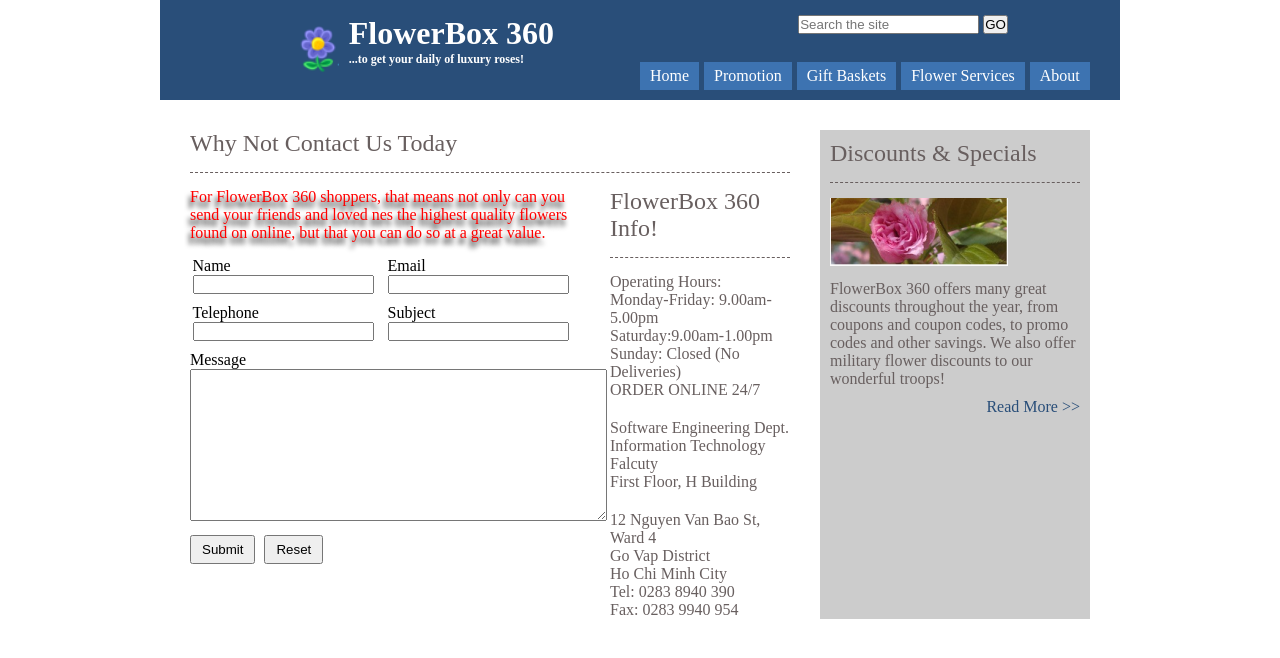
Repository: hoangnguyen1903/STT_21084321_NguyenHuyHoang_DHKHMT17B_Tuan4_DeThamKhao3
Page: html/demo.html
An editor plug-in stored every save of this project. The page is shown before and after the next save, followed by the edit.
The browser window is 1280 px wide. The pictures show the whole page.

Above is the page before, as saved 2023-03-09 15:11:51.

### html/demo.html
<!DOCTYPE html>
<html lang="en">
  <head>
    <meta charset="UTF-8" />
    <meta http-equiv="X-UA-Compatible" content="IE=edge" />
    <meta name="viewport" content="width=device-width, initial-scale=1.0" />
    <title>Demo 3</title>
    <style>
      * {
        padding: 0;
        box-sizing: border-box;
        margin: 0 auto;
      }

      .wrapper {
        width: 960px;
        height: 100%;
      }

      .header {
        width: 960px;
        height: 100px;
        background-color: #294e79;
        color: #fff;
        display: flex;
        position: relative;
      }

      .header > .header__left {
        display: flex;
        padding: 15px 20px;
      }

      .header > .header__left > img {
        padding-right: 10px;
      }

      .header > .header__left > div > h2 {
        font-size: 12px;
      }

      .header > .header__right {
        padding-top: 15px;
      }

      .header > .header__bottom {
        position: absolute;
        bottom: 10px;
        left: 50%;
        display: flex;
      }

      .header > .header__bottom > li {
        list-style: none;
        margin-right: 5px;
        background-color: #3d73b1;
        padding: 5px 10px;
      }

      .header > .header__bottom > li:hover {
        background-color: #fff;
      }

      .header > .header__bottom > li:hover > a {
        color: #000;
      }

      .header > .header__bottom > li > a {
        text-decoration: none;
        color: white;
      }

      .content {
        width: 960px;
        display: flex;
        padding: 30px;
      }

      .content > .content__left {
        width: calc(70% - 30px);
        margin-right: 30px;
      }

      .content > .content__left > .content__left-top {
        color: #685f5f;
        font-weight: 500;
        padding-bottom: 15px;
        border-bottom: 1px dashed #685f5f;
        margin-bottom: 15px;
      }

      .content > .content__left > .content__left-bottom {
        display: flex;
      }

      .content > .content__left > .content__left-bottom > .content__left-form {
        width: calc(70% - 30px);
        margin-right: 30px;
      }

      .content
        > .content__left
        > .content__left-bottom
        > .content__left-form
        > p {
        color: red;
        text-shadow: -2px 6px 5px #000;
        margin-bottom: 15px;
      }

      .content
        > .content__left
        > .content__left-bottom
        > .content__left-form
        > form {
        display: flex;
        flex-wrap: wrap;
      }

      .content
        > .content__left
        > .content__left-bottom
        > .content__left-form
        > form
        > div {
        width: calc(50% - 5px);
        margin-bottom: 10px;
      }

      .content
        > .content__left
        > .content__left-bottom
        > .content__left-form
        > form
        > div:nth-child(5) {
        width: 100%;
        margin-bottom: 10px;
      }

      .content
        > .content__left
        > .content__left-bottom
        > .content__left-form
        > form
        > div:nth-child(6) {
        width: 100%;
        margin-bottom: 10px;
      }

      .content
        > .content__left
        > .content__left-bottom
        > .content__left-form
        > form
        > div:nth-child(6)
        > input {
        padding: 5px 10px;
        margin-right: 5px;
      }

      .content
        > .content__left
        > .content__left-bottom
        > .content__left-info
        > .content__left-heading {
        color: #685f5f;
        font-weight: 500;
        padding-bottom: 15px;
        border-bottom: 1px dashed #685f5f;
        margin-bottom: 15px;
      }

      .content
        > .content__left
        > .content__left-bottom
        > .content__left-info
        > div:not(:last-child) {
        margin-bottom: 20px;
      }

      .content
        > .content__left
        > .content__left-bottom
        > .content__left-info
        > div
        > p {
        color: #685f5f;
      }

      .content > .content__right {
        width: 30%;
        background-color: #ccc;
        padding: 10px;
      }

      .content > .content__right > .content__right-top {
        color: #685f5f;
        font-weight: 500;
        padding-bottom: 15px;
        border-bottom: 1px dashed #685f5f;
        margin-bottom: 15px;
      }

      .content > .content__right > .content__right-bottom > p {
        color: #685f5f;
        margin: 10px 0;
      }

      .content > .content__right > .content__right-bottom > a {
        text-decoration: none;
        color: #294e79;
        float: right;
      }
    </style>
  </head>
  <body>
    <div class="wrapper">
      <div class="header">
        <div class="header__left">
          <img src="../img/AnhLogo.PNG" alt="Logo" class="logo" />
          <div>
            <h1>FlowerBox 360</h1>
            <h2>...to get your daily of luxury roses!</h2>
          </div>
        </div>
        <ul class="header__bottom">
          <li><a href="#">Home</a></li>
          <li><a href="#">Promotion</a></li>
          <li><a href="#">Gift Baskets</a></li>
          <li><a href="#">Flower Services</a></li>
          <li><a href="#">About</a></li>
        </ul>
        <div class="header__right">
          <input
            type="text"
            name="txt"
            id="txt"
            placeholder="Search the site"
          />
          <input type="button" value="GO" />
        </div>
      </div>
      <div class="content">
        <div class="content__left">
          <h2 class="content__left-top">Why Not Contact Us Today</h2>
          <div class="content__left-bottom">
            <div class="content__left-form">
              <p>
                For FlowerBox 360 shoppers, that means not only can you send
                your friends and loved nes the highest quality flowers found on
                online, but that you can do so at a great value.
              </p>
              <form action="">
                <div>
                  <label for="name">Name</label>
                  <input type="text" name="name" id="name" />
                </div>
                <div>
                  <label for="email">Email</label>
                  <input type="email" name="email" id="email" />
                </div>
                <div>
                  <label for="telephone">Telephone</label>
                  <input type="number" name="telephone" id="telephone" />
                </div>
                <div>
                  <label for="subject">Subject</label>
                  <input type="text" name="subject" id="subject" />
                </div>
                <div>
                  <label for="message">Message</label>
                  <div>
                    <textarea
                      name="message"
                      id="message"
                      cols="50"
                      rows="10"
                    ></textarea>
                  </div>
                </div>
                <div>
                  <input type="submit" value="Submit" />
                  <input type="reset" value="Reset" />
                </div>
              </form>
            </div>
            <div class="content__left-info">
              <h2 class="content__left-heading">FlowerBox 360 Info!</h2>
              <div>
                <p>Operating Hours:</p>
                <p>Monday-Friday: 9.00am-5.00pm</p>
                <p>Saturday:9.00am-1.00pm</p>
                <p>Sunday: Closed (No Deliveries)</p>
                <p>ORDER ONLINE 24/7</p>
              </div>
              <div>
                <p>Software Engineering Dept.</p>
                <p>Information Technology Falcuty</p>
                <p>First Floor, H Building</p>
              </div>
              <div>
                <p>12 Nguyen Van Bao St, Ward 4</p>
                <p>Go Vap District</p>
                <p>Ho Chi Minh City</p>
                <p>Tel: 0283 8940 390</p>
                <p>Fax: 0283 9940 954</p>
              </div>
            </div>
          </div>
        </div>
        <div class="content__right">
          <h2 class="content__right-top">Discounts & Specials</h2>
          <div class="content__right-bottom">
            <img src="../img/flower.PNG" alt="Flower" />
            <p>
              FlowerBox 360 offers many great discounts throughout the year,
              from coupons and coupon codes, to promo codes and other savings.
              We also offer military flower discounts to our wonderful troops!
            </p>
            <a href="#">Read More >></a>
          </div>
        </div>
      </div>
      <div class="footer"></div>
    </div>
  </body>
</html>

After the next save:
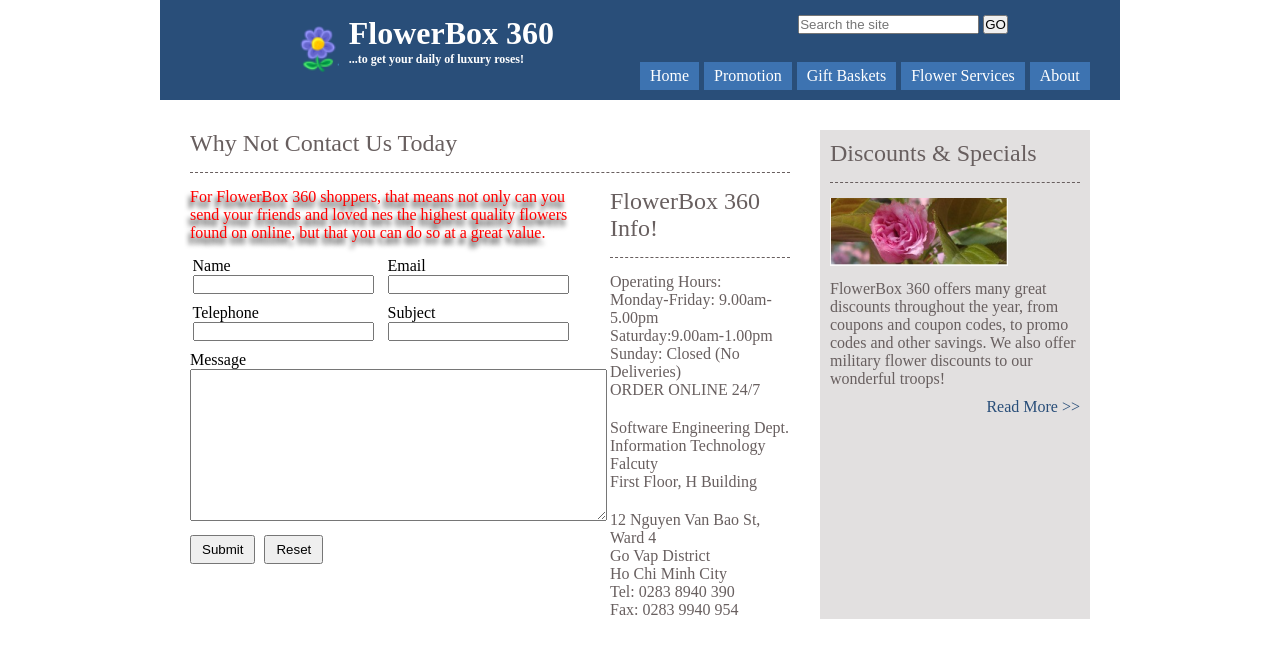
Saved 21 s later.
--- a/html/demo.html
+++ b/html/demo.html
@@ -189,7 +189,7 @@
 
       .content > .content__right {
         width: 30%;
-        background-color: #ccc;
+        background-color: #e2e0e0;
         padding: 10px;
       }
 
